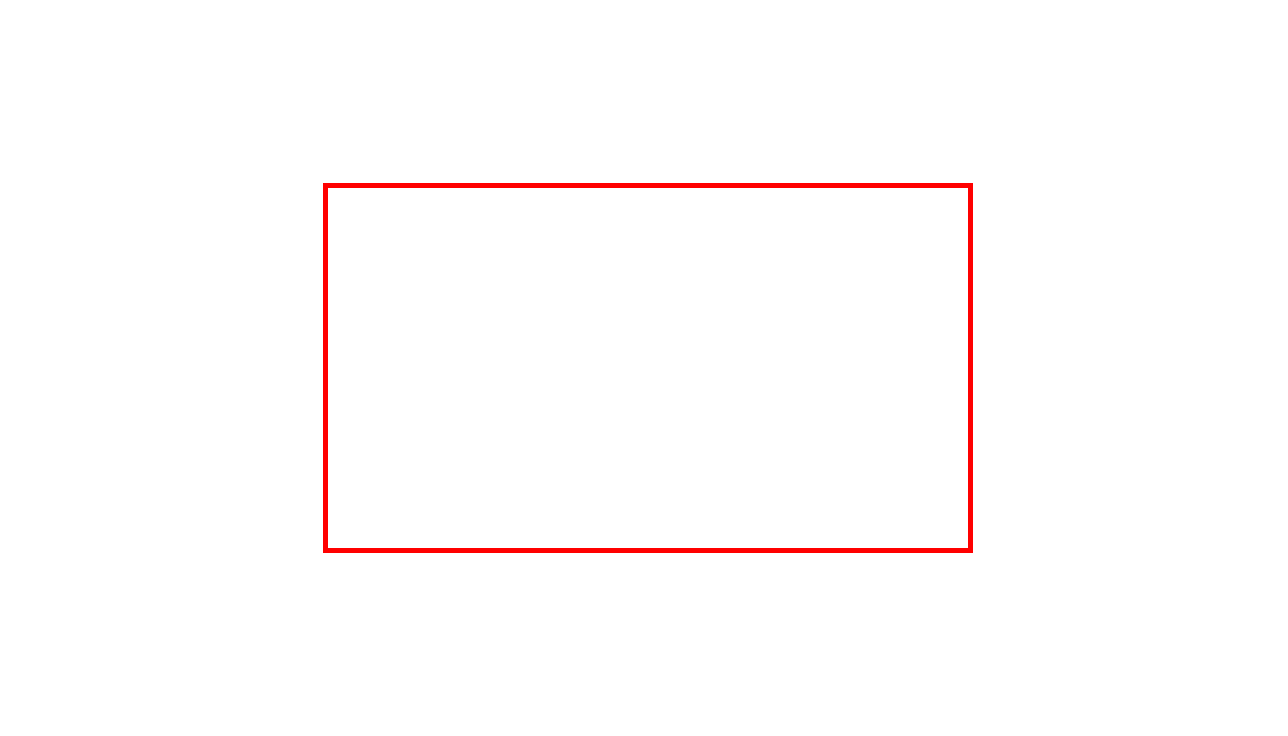
Repository: Eng-0marleves/AirBnB_clone
Page: web_static/EDITOR.HTML
An editor plug-in stored every save of this project. The page is shown before and after the next save, followed by the edit.
The browser window is 1280 px wide. The page is 1288 px wide, so the pictures cover 1288 px, including what lies to the right of the window. The pictures show the whole page.

Above is the page before, as saved 2023-12-17 20:16:17.

After the next save:
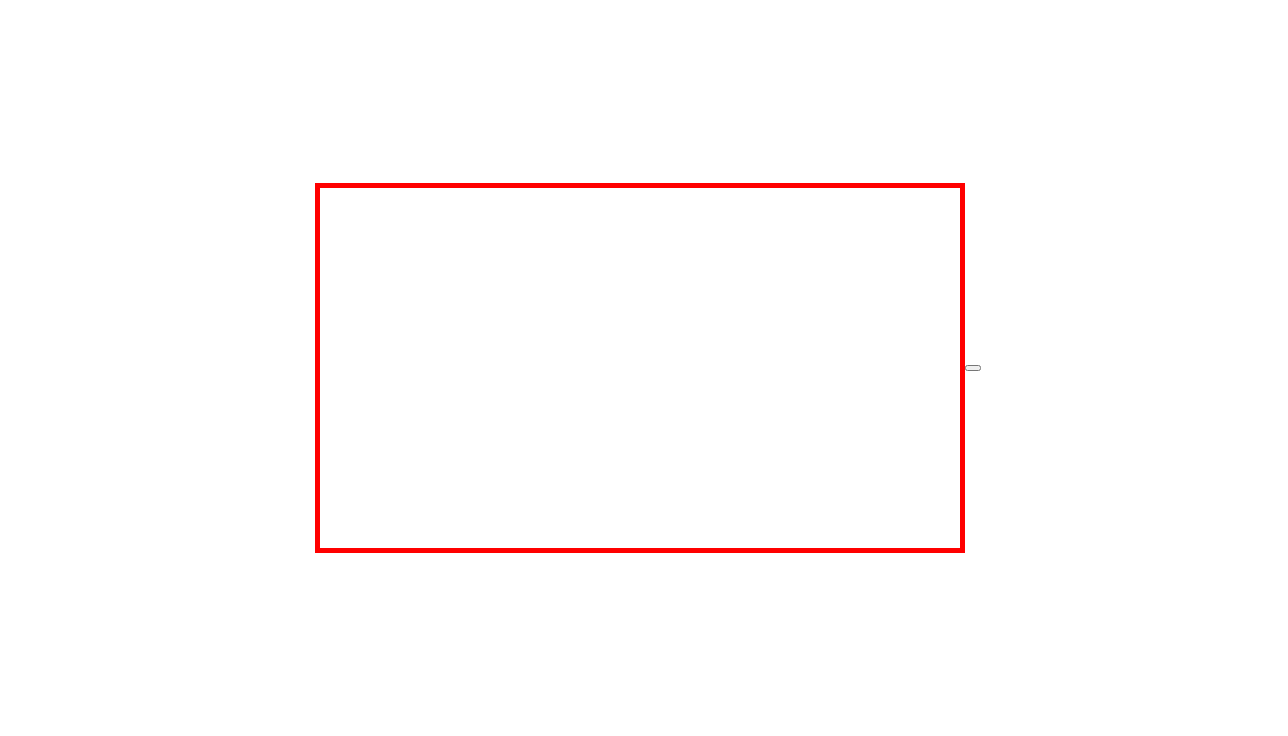
Saved 2 min 1 s later.
--- a/web_static/EDITOR.HTML
+++ b/web_static/EDITOR.HTML
@@ -10,17 +10,14 @@
 
 <body>
 	<div class="editor" contenteditable="true"></div>
+	<button id="bold"></button>
 </body>
 
 <script>
-	document.designMode = "on";
-
-	function myFunction(event) {
-		if (event.keyCode == 16) {
-			// Execute command if user presses the SHIFT button:
-			document.execCommand("bold");
-		}
-	}
+	let bold = document.getElementById("bold")
+	bold.addEventListener("click", () => {
+		document.execCommand(bold.id, true, null)
+	})
 </script>
 
 </html>
